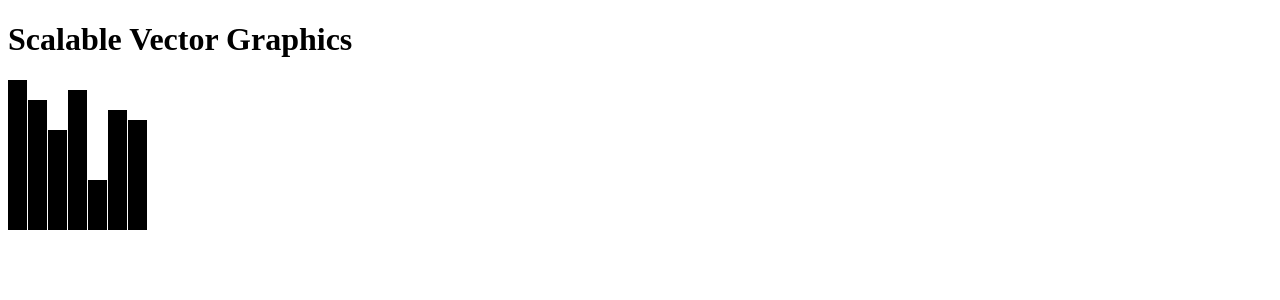
Repository: david-connaughton/data-visualisation
Page: svg.html
The author's editor kept a record of every edit. The page is drawn from the files as they stood at one moment, then again after the next edit.
The browser window is 1280 px wide. The pictures show the whole page.

Above is the page before.

After the next edit:
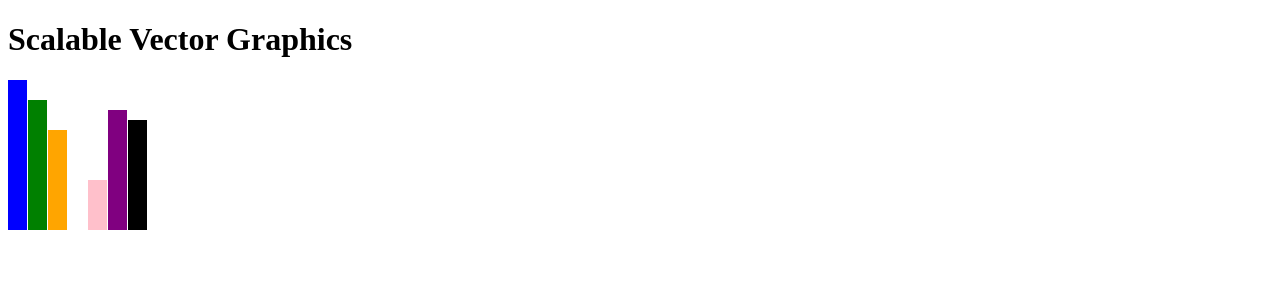
The edit:
--- a/svg.html
+++ b/svg.html
@@ -20,13 +20,14 @@
        <rect x='100' y='' width='19' height='150' fill=''/>
        <rect x='120' y='' width='19' height='150' fill=''/>-->
 
-
-       <rect x='0' y='0' width='19' height='150' fill=''/>
-       <rect x='20' y='20' width='19' height='130' fill=''/>
-       <rect x='40' y='50' width='19' height='100' fill=''/>
-       <rect x='60' y='10' width='19' height='140' fill=''/>
-       <rect x='80' y='100' width='19' height='50' fill=''/>
-       <rect x='100' y='30' width='19' height='120' fill=''/>
+       <!-- as origin is left hand corner in 2d computer graphics we need to
+       introduce detail on Y co-ordinate- ther are functions in D3 that will take care of this automatically-->
+       <rect x='0' y='0' width='19' height='150' fill='blue'/>
+       <rect x='20' y='20' width='19' height='130' fill='green'/>
+       <rect x='40' y='50' width='19' height='100' fill='orange'/>
+       <rect x='60' y='10' width='19' height='140' fill='white'/>
+       <rect x='80' y='100' width='19' height='50' fill='pink'/>
+       <rect x='100' y='30' width='19' height='120' fill='purple'/>
        <rect x='120' y='40' width='19' height='110' fill=''/>
     </svg>
 
